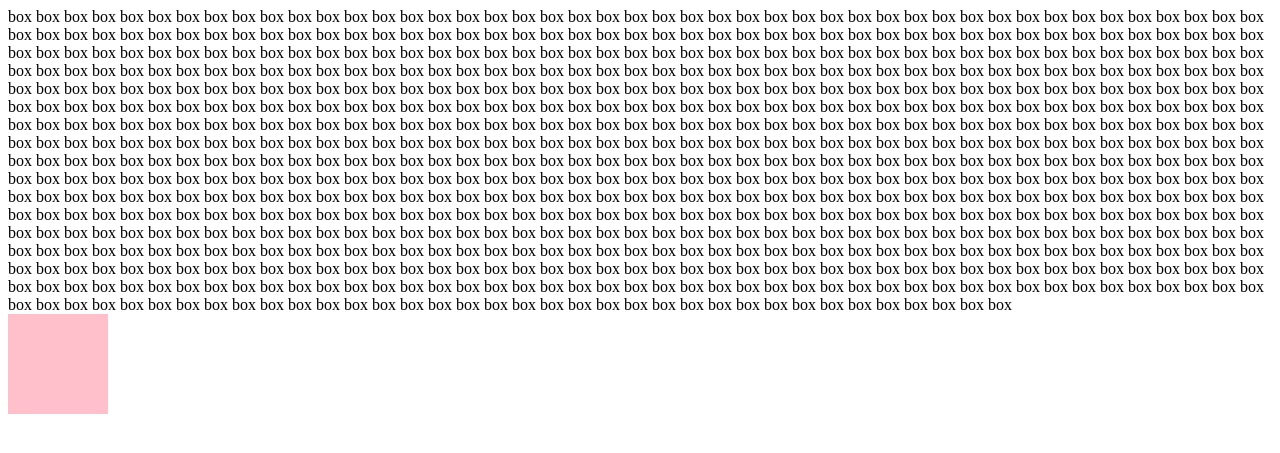
Repository: guchengjie/Frontend-01-Template
Page: week13/dragbox.html
These files come from the project's save history. The page is drawn as it stood at one moment and after a run of saves; the edit follows.
The browser window is 1280 px wide. The pictures show the whole page.

Above is the page before, as saved 2020-07-08 22:12:25.

After the next 2 saves:
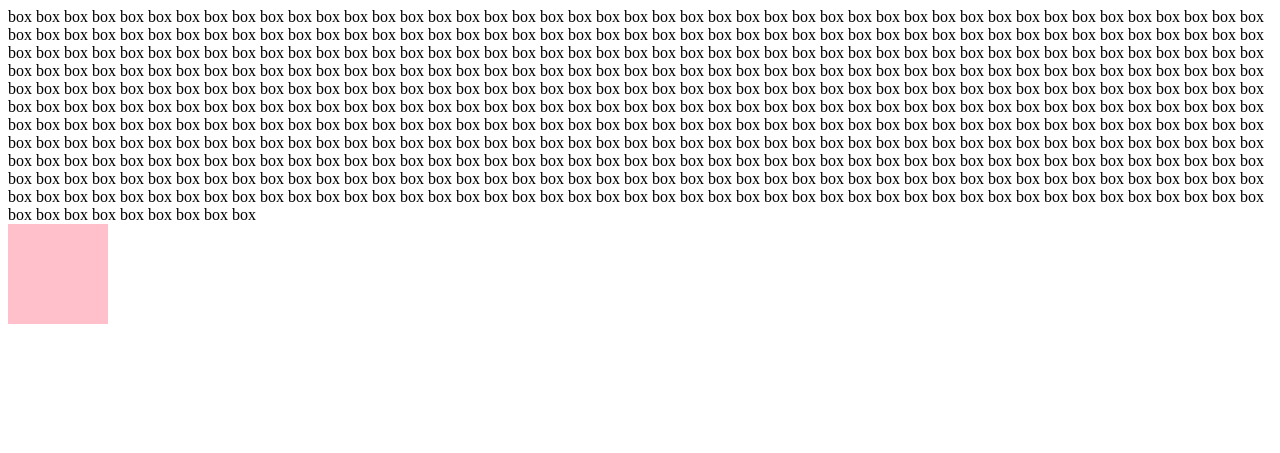
The 2 saves are shown as one change because they came seconds apart.
The last was saved 9 s later.
--- a/week13/dragbox.html
+++ b/week13/dragbox.html
@@ -1,22 +1,4 @@
 <div id="container">
-  box box box box box box box box box box box box box box
-  box box box box box box box box box box box box box box
-  box box box box box box box box box box box box box box
-  box box box box box box box box box box box box box box
-  box box box box box box box box box box box box box box
-  box box box box box box box box box box box box box box
-  box box box box box box box box box box box box box box
-  box box box box box box box box box box box box box box
-  box box box box box box box box box box box box box box
-  box box box box box box box box box box box box box box
-  box box box box box box box box box box box box box box
-  box box box box box box box box box box box box box box
-  box box box box box box box box box box box box box box
-  box box box box box box box box box box box box box box
-  box box box box box box box box box box box box box box
-  box box box box box box box box box box box box box box
-  box box box box box box box box box box box box box box
-  box box box box box box box box box box box box box box
   box box box box box box box box box box box box box box
   box box box box box box box box box box box box box box
   box box box box box box box box box box box box box box
